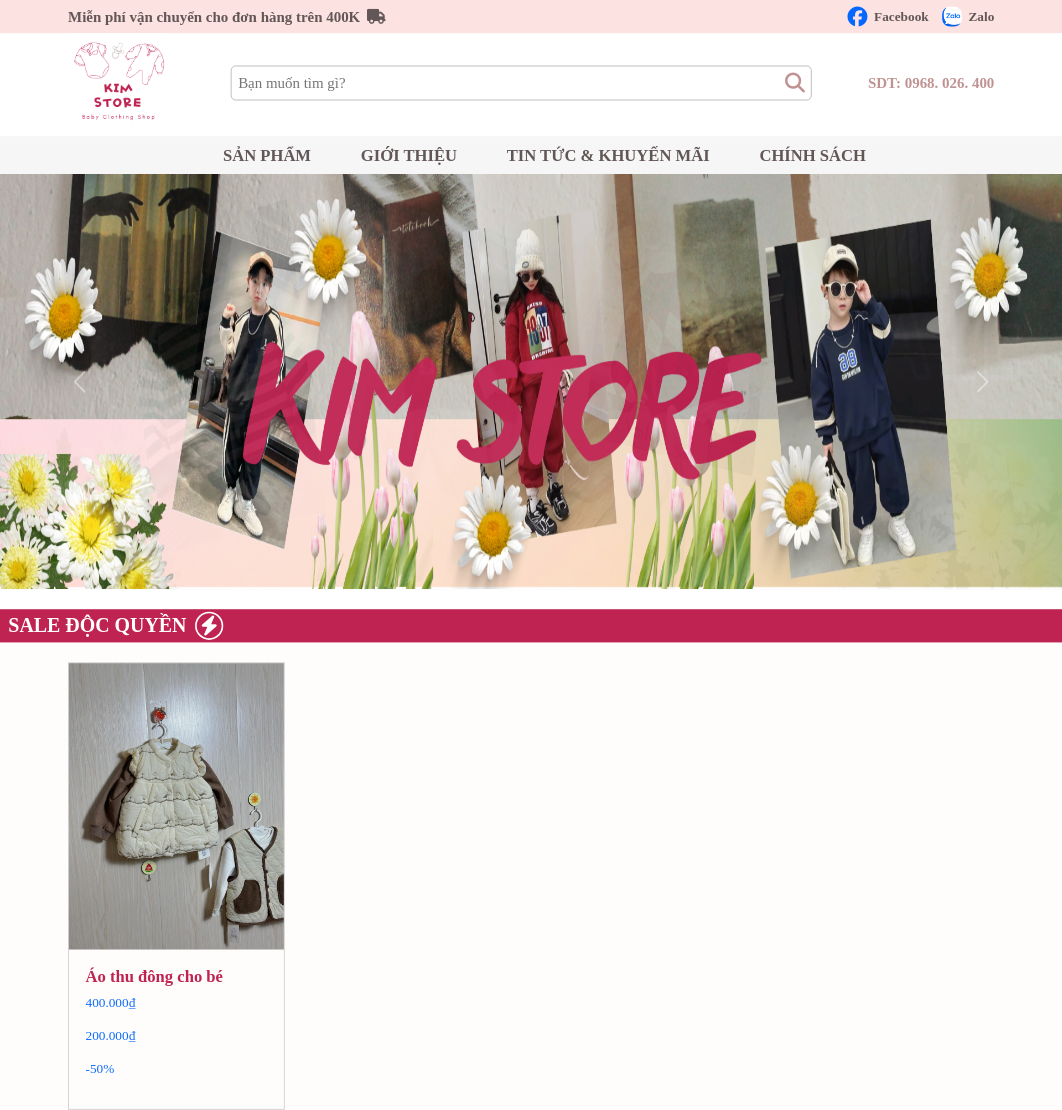
Repository: hoang28092000/kim-store
Page: index.html
An editor plug-in stored every save of this project. The page is shown before and after a run of saves, followed by the edit.
The browser window is 1280 px wide. The pictures show the whole page, at 83% of full size.
Some web libraries are served in a nearby version.

Above is the page before, as saved 2024-11-01 15:29:11.

After the next 2 saves:
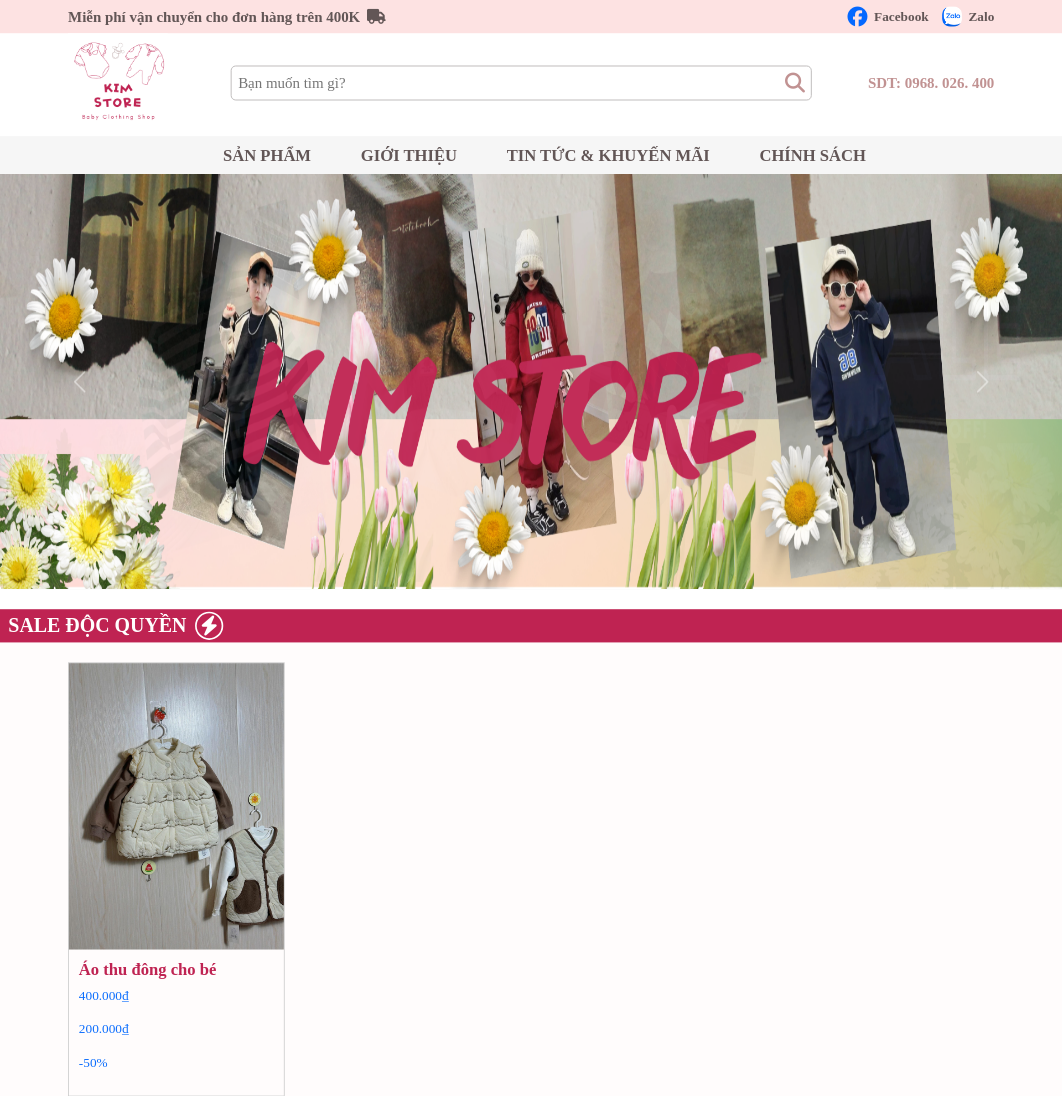
The 2 saves are shown as one change because they came seconds apart.
The last was saved 19 s later.
--- a/asset/style.css
+++ b/asset/style.css
@@ -134,7 +134,7 @@
 
 }
 .card_product .info_card{
-    padding: 20px;
+    padding: 12px;
 }
 .card_product .info_card .name_product{
     font-size: 20px;
